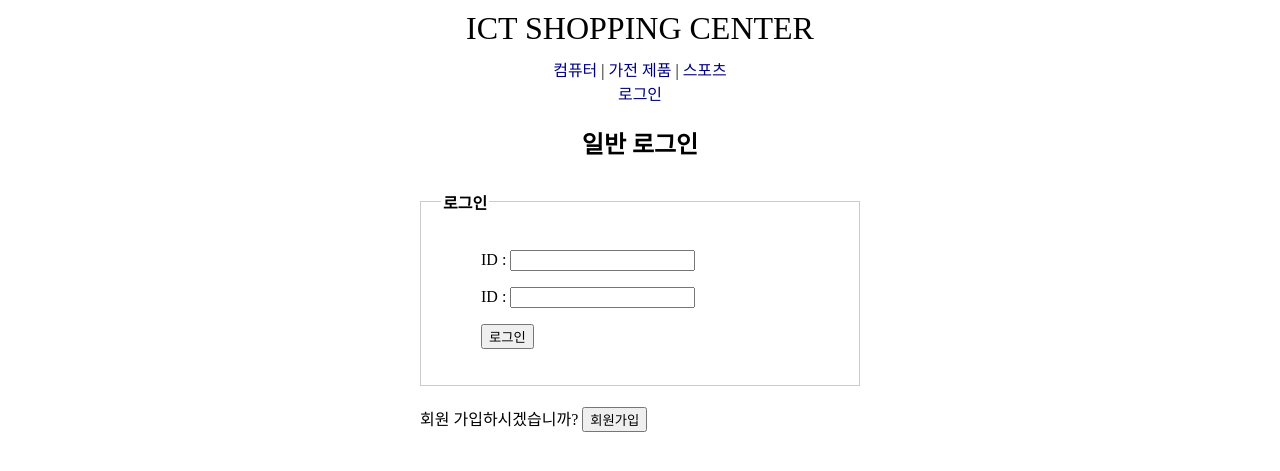
Repository: xlz5000/ICT
Page: http://localhost/spring_mvc02/WEB-INF/views/day09/loginForm.jsp
These files come from the project's save history. The page is drawn as it stood at one moment and after the next save; the edit follows.
The browser window is 1280 px wide. The pictures show the whole page.
The page is served by Tomcat 9. Nobody is signed in. The template is opened directly, without the code that normally fills it, so the values that code supplies are empty.

Above is the page before, as saved 2025-04-17 00:47:54.

After the next save:
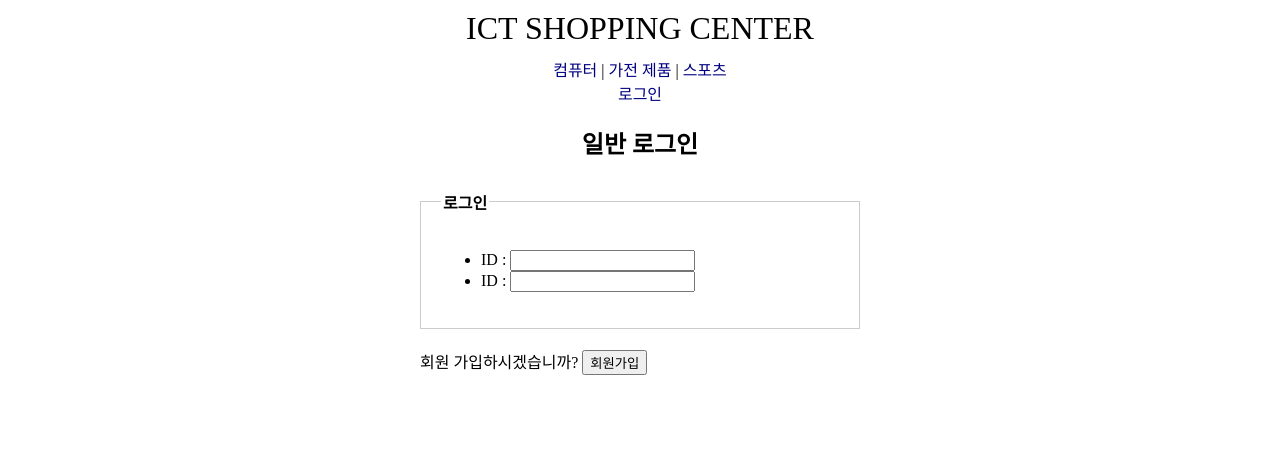
Saved 110 s later.
--- a/spring_mvc02/src/main/webapp/WEB-INF/views/day09/loginForm.jsp
+++ b/spring_mvc02/src/main/webapp/WEB-INF/views/day09/loginForm.jsp
@@ -46,9 +46,13 @@ font-weight:  bold;
 				<legend>로그인</legend>
 				<ul>
 
-				<p><label for="m_id">ID : <input type="text" id="m_id" name="m_id" required></label></p>
-				<p><label for="m_pw">ID : <input type="password" id="m_pw" name="m_pw" required></label></p>
-				<input type="submit" value="로그인">
+					<li><label for="m_id">ID : </label>
+						<input type="text" id="m_id" name="m_id" required>
+					</li>
+					<li><label for="m_pw">ID : </label>
+						<input type="password" id="m_pw" name="m_pw" required>
+					</li>
+
 				</ul>
 
 			</fieldset>
